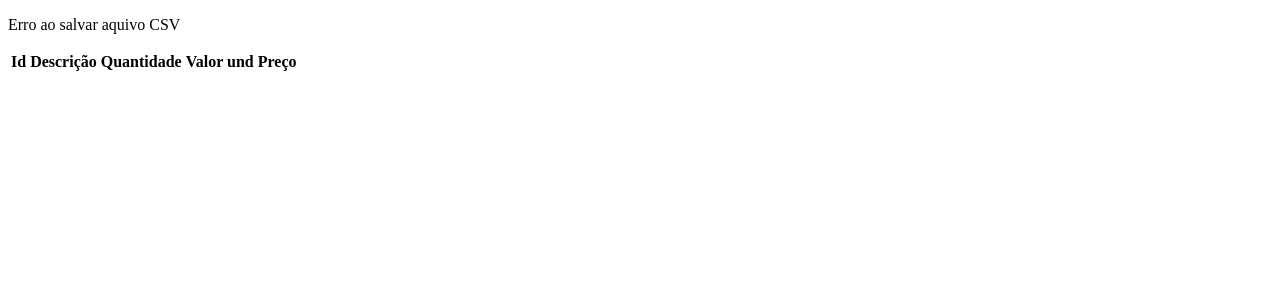
Repository: jaquelinediasoliveira/SENAI
Page: http://localhost/CupomFiscal/Notinha.jsp
An editor plug-in stored every save of this project. The page is shown before and after the next save, followed by the edit.
The browser window is 1280 px wide. The pictures show the whole page.
The page is served by Tomcat 9.

Above is the page before, as saved 2021-08-16 19:59:54.

After the next save:
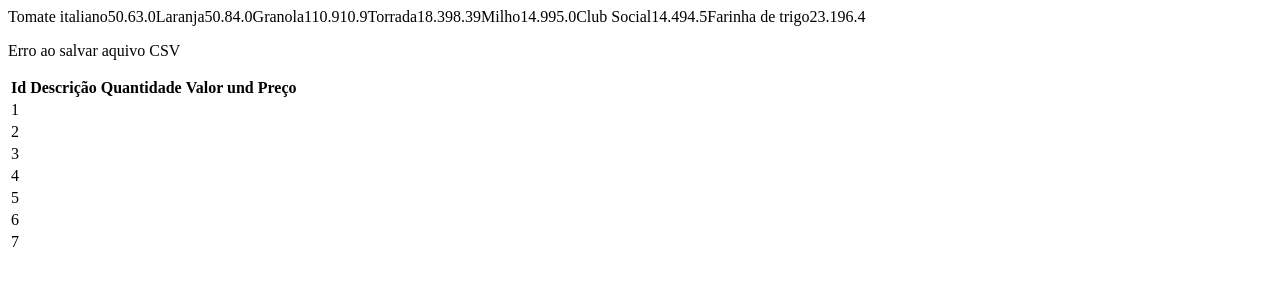
Saved 2 min 7 s later.
--- a/2DES/PWBE/aula5/Workspace/CupomFiscal/src/main/webapp/Notinha.jsp
+++ b/2DES/PWBE/aula5/Workspace/CupomFiscal/src/main/webapp/Notinha.jsp
@@ -18,7 +18,7 @@
 			<th>Preço</th>
 		</tr>
 		<%
-			NotaFiscalProcess.abrir();
+			NotaFiscalProcess.testes();
 			for(NotaFiscal nf: NotaFiscalProcess.compras){
 				out.print(nf.toHTML());
 			}
